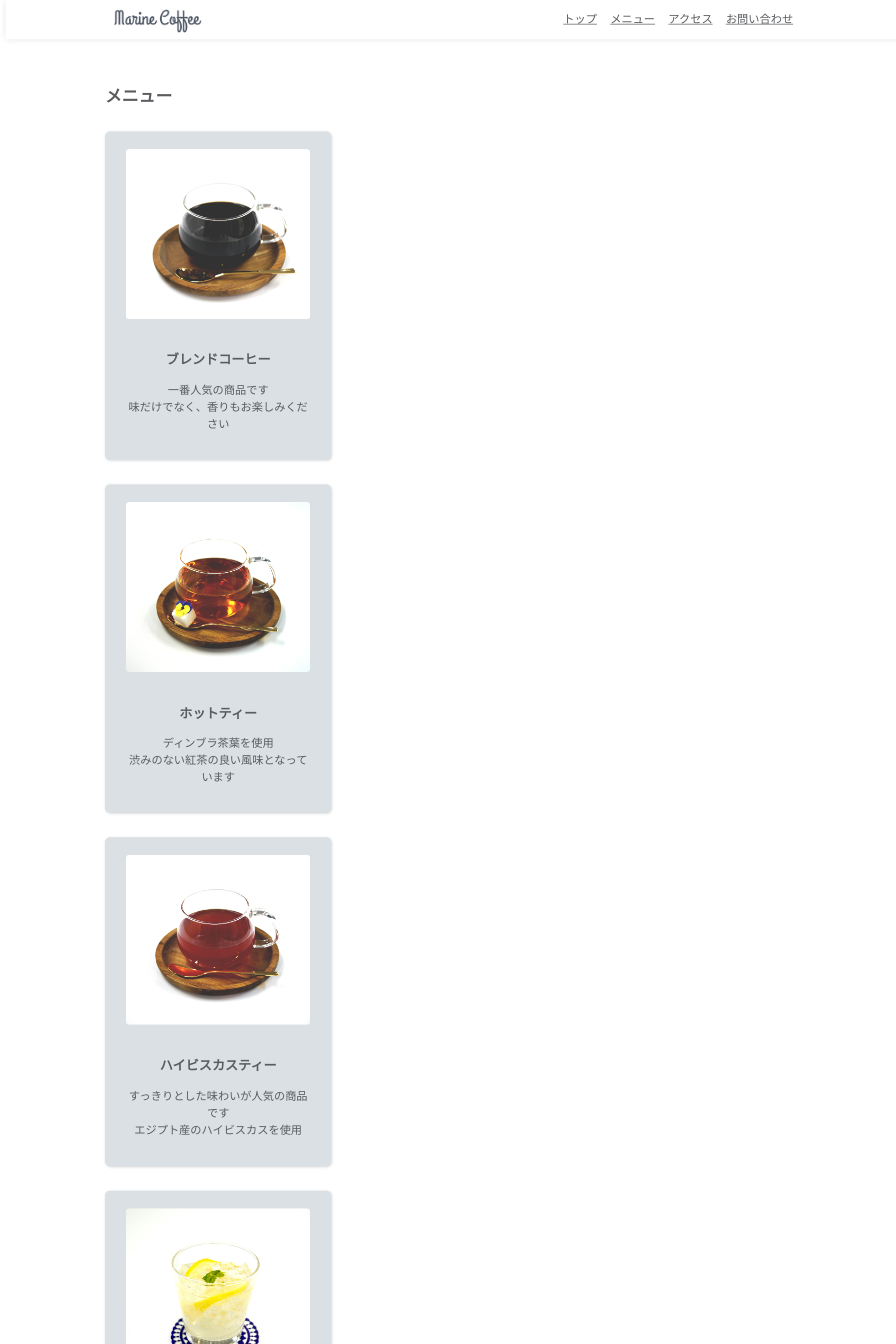
Repository: Kazuya888/samurai_HTML-CSS
Page: marine_coffee/menu.html
The author's editor kept a record of every edit. The page is drawn from the files as they stood at one moment, then again after the next edit.
The browser window is 1280 px wide. The pictures show the part of the page from y = 0 to 1920 px (the page is 2882 px tall before and 1332 px after), at 70% of full size.

Above is the page before.

### marine_coffee/menu.html
<!DOCTYPE html>
<html>
    <head>
        <meta charset="utf-8">
        <title>Marine Coffee</title>
        <link rel="stylesheet" href="common.css">
        <link rel="stylesheet" href="menu.css">
    </head>
    <body>
<!----------ヘッダー---------------->
          <div class="header">
             <div class="container">
         <div class="header-left">
          <img class="header-logo" src="images/logo.png"
    alt="Marine Coffee"> </div>
 <div class="header-right">
    <a href="index1.html">トップ</a>
    <a href="menu.html">メニュー</a>
    <a href="access.html">アクセス</a>
    <a href="contact.html">お問い合わせ</a>
       </div>
         </div>
 <div class="clear"></div>
     </div>
</div>
<!------------メニュー------------------>
<div class="menu">
    <div class='container'>
        <h2>メニュー</h2>
        <div class="menu-card-wrapper">
 <!----------ブレンドコーヒー----------->
            <div class="menu-card">
                <div class= "menu-card-inner">
                    <img class="menu-image" src="images/blend-coffee.jpg"
                    alt="ブレンドコーヒー">
                    <h3 class="menu-title">ブレンドコーヒー</h3>
                    <p class="menu-text">
                    一番人気の商品です
                    <br>
                    味だけでなく、香りもお楽しみください
                    </p>
                </div>
            </div>
<!----------ホットティー------------>
             <div class="menu-card">
                <div class= "menu-card-inner">
                    <img class="menu-image" src="images/hot-tea.jpg"
                    alt="ホットティー">
                    <h3 class="menu-title">ホットティー</h3>
                    <p class="menu-text">
                   ディンブラ茶葉を使用
                    <br>
                    渋みのない紅茶の良い風味となっています
                    </p>
                </div>
            </div>
<!----------ハイビスカスティー------->
             <div class="menu-card">
                <div class= "menu-card-inner">
                    <img class="menu-image" src="images/hibiscus-tea.jpg"
                    alt="ハイビスカスティー">
                    <h3 class="menu-title">ハイビスカスティー</h3>
                    <p class="menu-text">
                    すっきりとした味わいが人気の商品です
                    <br>
                    エジプト産のハイビスカスを使用
                    </p>
                </div>
            </div>
<!----------レモネード--------------->
            <div class="menu-card">
                <div class= "menu-card-inner">
                    <img class="menu-image" src="images/lemonade.jpg"
                    alt="レモネード">
                    <h3 class="menu-title">レモネード</h3>
                    <p class="menu-text">
                    広島県・瀬戸田産のレモンを使用
                    <br>
                    まろやかな酸味が特徴となっています
                    </p>
                </div>
            </div>
<!----------カフェラテ-------------->
            <div class="menu-card">
                <div class= "menu-card-inner">
                    <img class="menu-image" src="images/lemonade.jpg"
                    alt="カフェラテ">
                    <h3 class="menu-title">カフェラテ</h3>
                    <p class="menu-text">
                    広島県・瀬戸田産のレモンを使用
                    <br>
                    まろやかな酸味が特徴となっています
                    </p>
                </div>
            </div>
        </div>
    </div>
</div>

<!--------- フッター---------------->
 <div class="footer">
        <div class="container">
            <div class="footer-left">
                <p>このページをシェアする</p>
               <a href="https://twitter.com/share?ref_src=twsrc%5Etfw"
               class="twitter-share-button"
               data-text="Marine Coffee" data-show-count="false">Tweet</a><script async src="https://platform.twitter.com/widgets.js"
               charset="utf-8"></script>
            </div>
            <div class="footer-right">
                &copy; 2018 Marine Coffee.
            </div>
            <div class="clear"></div>
        </div>
    </div>
    </body>
</html>

### marine_coffee/common.css
@charset "utf-8";
.container {
    max-width: 980px;
    padding: 0 30px;
    margin-left: auto;
    margin-right: auto;
}
.header {
    height: 56px;
    width: 100%;
    box-shadow: 0 0 10px #dddddd;
    background-color: white;
    position: fixed;
    top: 0 ;
}
.header-left{
    float: left;
}
.header-right{
    float: right;
}
.clear{
    clear: both;
}
.header-logo{
    height: 40px;
    margin-top: 8px;
}
.header-right a{
    line-height: 56px;
    color: #5a5c5f;
    margin-left: 5px;
    font-size: 16px;
    padding:16px 5px;
}
.header-right a:hover{
    background-color: #e2f1ff;
    transition: background-color 0.5s;
}
.footer{
    height: 120px;
    background-color: #2f3a44;
    color: #e8e8e8;
    padding-top:20px;
}
.footer-left{
    float: left;
}
.footer-right{
    float: right;
    padding-top: 50px;
}
.footer-left p{
    margin-bottom:8px;
}

### marine_coffee/menu.css
@charset "utf-8";
.menu{
    padding: 90px 0 60px;
    color: #5a5c5f;
}
.menu-card{
    width: 33%;
    margin-top: 35px;
}
.menu-card-inner{
    padding:25px 30px;
    background-color: #dbe0e4;
    border-radius: 7px;
    box-shadow: 1px 1px 4px #d2d4d6;
    text-align: center;
}
.menu-image{
    width: 100%;
    margin-bottom: 20px;
    border-radius: 5px;
}

After the next edit:
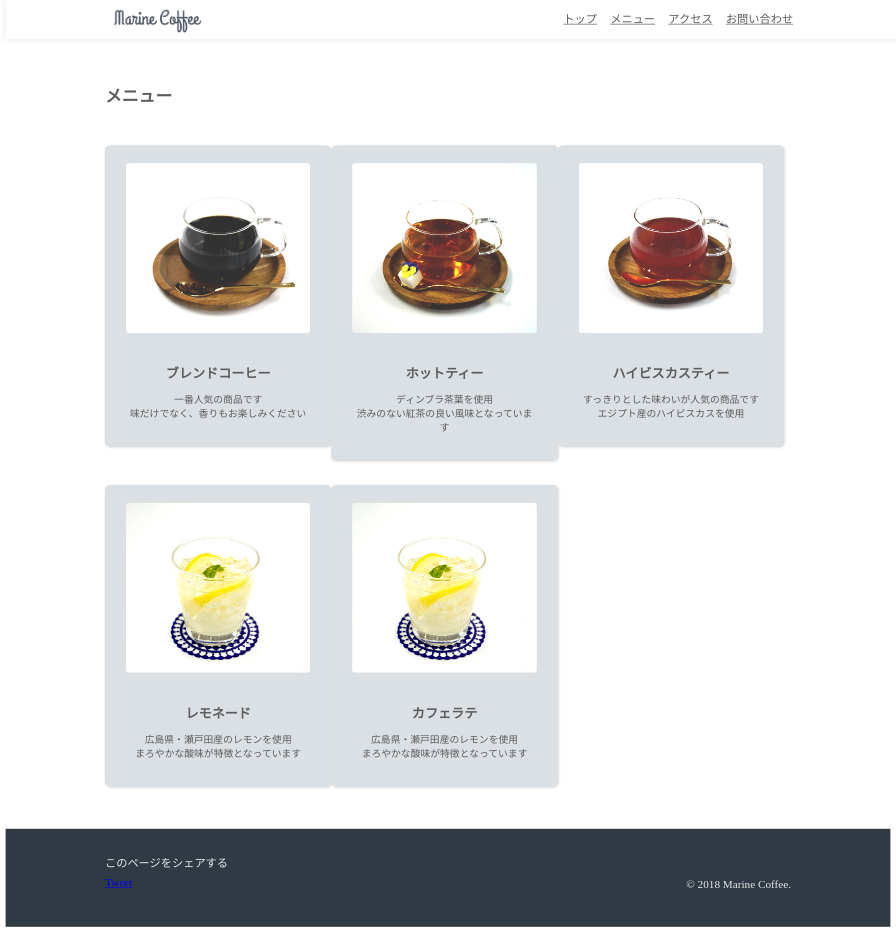
The edit:
--- a/marine_coffee/menu.css
+++ b/marine_coffee/menu.css
@@ -19,3 +19,13 @@
     margin-bottom: 20px;
     border-radius: 5px;
 }
+.menu-title{
+    margin-bottom:8px;
+}
+.menu-text{
+    font-size:14px;
+}
+.menu-card-wrapper{
+    display: flex;
+    flex-wrap: wrap;
+}
